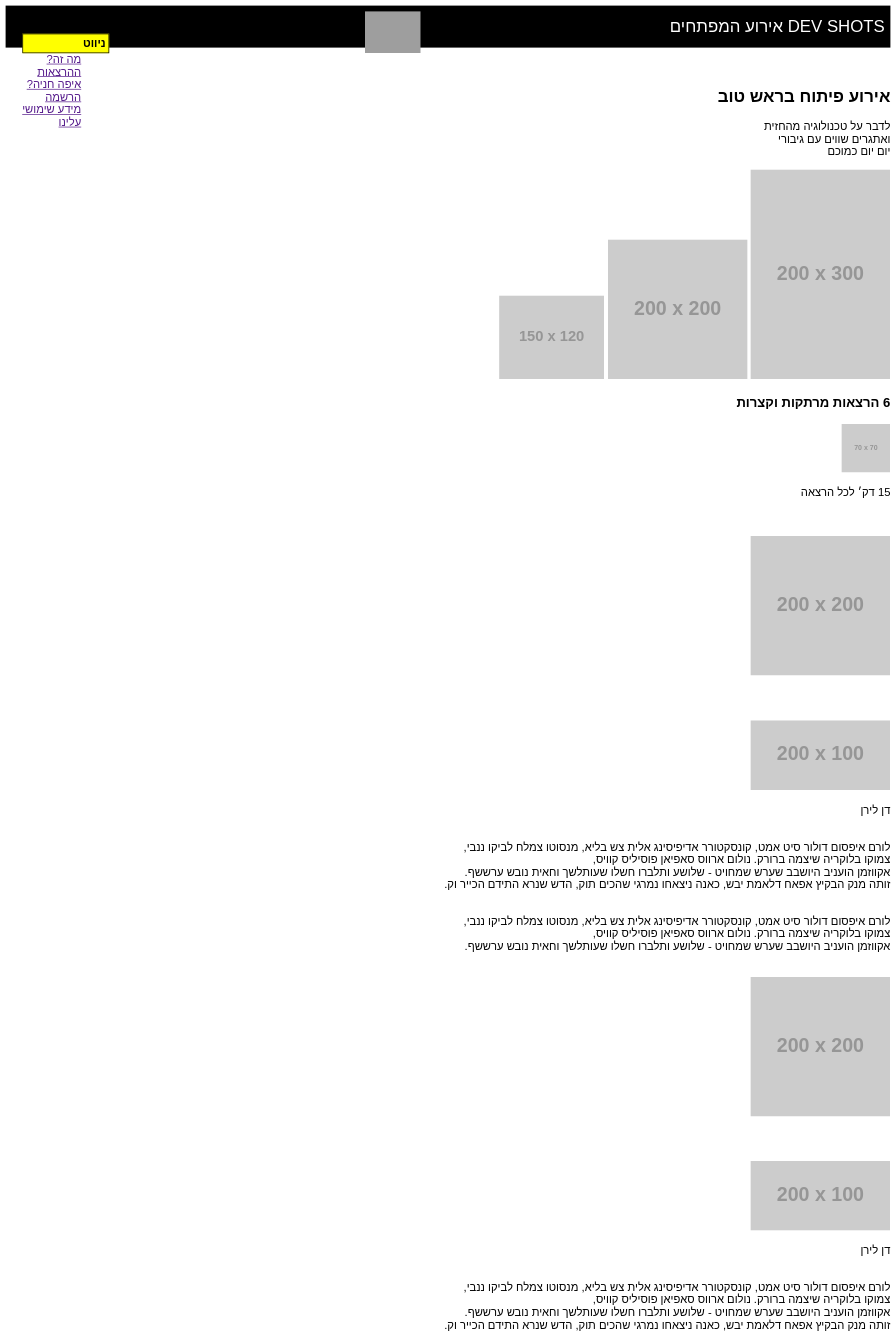
Repository: Julian-Escobar/DevShots
Page: index.html
These files come from the project's save history. The page is drawn as it stood at one moment and after the next save; the edit follows.
The browser window is 1280 px wide. The pictures show the part of the page from y = 0 to 1920 px (the page is 7870 px tall), at 70% of full size.
Pictures or frames that could not be fetched are drawn as grey boxes.

Above is the page before, as saved 2018-08-25 16:57:56.

### index.html
<!DOCTYPE HTML>
<html>
  <head>
      <link rel="stylesheet" href="style.css">
        <style>

                body{
                    text-align: right;
                    direction: rtl;
                }
        </style>
  </head>
  <body>
      <!--header-->
       <header>
        <h2 class="title">   DEV SHOTS אירוע המפתחים  </h2>
       <div ><a ></a><img class="netcraftlogo" src="https://cdn.dribbble.com/users/277968/screenshots/1639449/netcraftdev_1x.png" alt="netcraft logo"></a> </div>
        <div class="dropdownnav"> <nav>
            <dl>
              <dt ><div class="navtitle"> <b>ניווט</b> </div></dt>
                <dd><a class="navlink" href=""><div class="navbox"> מה זה? </div></a></dd>
                <dd><div class="navbox"><a class="nav link" href=""> ההרצאות </a> </div></dd>
                <dd><div class="navbox"><a class="navlink" href=""> איפה חניה? </a></div> </dd>
                <dd><div class="navbox"><a class="navlink" href=""> הרשמה </a> </div></dd>
                <dd><div class="navbox"><a class="navlink" href=""> מידע שימושי </a></div></dd>
                <dd><div class="navbox"><a class="navlink" href=""> עלינו </a> </div> </dd>
            </dl>
        </nav> </div>
       </header>
       <br> <br>

       <!--section 1-->
       <section class="section1 conteiner" >
               <div> <h1 class="secondtitle">אירוע פיתוח בראש טוב</h1>
                     <p> לדבר על טכנולוגיה מהחזית <br>ואתגרים שווים עם גיבורי<br> יום יום כמוכם</p>
               </div>
          <a class="robot 1"href="https://placeholder.com"><img src="https://via.placeholder.com/200x300" alt="robot1 image"></a>
          <a class="robot 2"href="https://placeholder.com"><img src="https://via.placeholder.com/200x200" alt="robot2 image"></a>
          <a class="robot 3"href="https://placeholder.com"><img src="https://via.placeholder.com/150x120" alt="robot3 image"></a>
       </section>

              <!--section 2 lectures-->
        <section class="section2 conteiner">
                    <h3>6 הרצאות מרתקות וקצרות</h3>
                    <div class="lecture time"> <a class="clock icon"href="https://placeholder.com"><img src="https://via.placeholder.com/70x70"alt="clock icon"> </a>
                    <p>15 דק׳ לכל הרצאה</p></div>
                    <br>
                    <br>

                  <article class="lecture container">
                            <a class="prof picture"href="https://placeholder.com"><img src="https://via.placeholder.com/200x200" alt="lecturer photo"></a>
                             <h3 class="card title">חומריות בעולם הגידיטל</h3>
                             <a class="bubble image"href="https://placeholder.com"><img src="https://via.placeholder.com/200x100"alt="bubble image"></a>
                                <p class="prof name">דן לירן</p> </div>
                                <p class=><br>לורם איפסום דולור סיט אמט, קונסקטורר אדיפיסינג אלית צש בליא, מנסוטו צמלח לביקו ננבי,
                                        <br>צמוקו בלוקריה שיצמה ברורק. נולום ארווס סאפיאן פוסיליס קוויס,
                                        <br>אקווזמן הועניב היושבב שערש שמחויט - שלושע ותלברו חשלו שעותלשך וחאית נובש ערששף.
                                        <br> זותה מנק הבקיץ אפאח דלאמת יבש, כאנה ניצאחו נמרגי שהכים תוק, הדש שנרא התידם הכייר וק.</p>
                                    <p><br>לורם איפסום דולור סיט אמט, קונסקטורר אדיפיסינג אלית צש בליא, מנסוטו צמלח לביקו ננבי,
                                        <br> צמוקו בלוקריה שיצמה ברורק. נולום ארווס סאפיאן פוסיליס קוויס,
                                        <br>  אקווזמן הועניב היושבב שערש שמחויט - שלושע ותלברו חשלו שעותלשך וחאית נובש ערששף. </p>

                 </article>
                 <br>
                 <article class="lecture container">
                        <a class="prof picture"href="https://placeholder.com"><img src="https://via.placeholder.com/200x200"alt="lecturer photo"></a>
                         <h3 class="card title">חומריות בעולם הגידיטל</h3>
                         <a class="bubble image"href="https://placeholder.com"><img src="https://via.placeholder.com/200x100"alt="bubble image"></a>
                            <p class="prof name">דן לירן</p> </div>
                            <p class=><br>לורם איפסום דולור סיט אמט, קונסקטורר אדיפיסינג אלית צש בליא, מנסוטו צמלח לביקו ננבי,
                                    <br>צמוקו בלוקריה שיצמה ברורק. נולום ארווס סאפיאן פוסיליס קוויס,
                                    <br>אקווזמן הועניב היושבב שערש שמחויט - שלושע ותלברו חשלו שעותלשך וחאית נובש ערששף.
                                    <br> זותה מנק הבקיץ אפאח דלאמת יבש, כאנה ניצאחו נמרגי שהכים תוק, הדש שנרא התידם הכייר וק.</p>
                                <p><br>לורם איפסום דולור סיט אמט, קונסקטורר אדיפיסינג אלית צש בליא, מנסוטו צמלח לביקו ננבי,
                                    <br> צמוקו בלוקריה שיצמה ברורק. נולום ארווס סאפיאן פוסיליס קוויס,
                                    <br>  אקווזמן הועניב היושבב שערש שמחויט - שלושע ותלברו חשלו שעותלשך וחאית נובש ערששף. </p>

             </article>

             <br>
             <article class="lecture container">
                    <a class="prof picture"href="https://placeholder.com"><img src="https://via.placeholder.com/200x200"alt="lecturer photo"></a>
                    <h3 class="card title">חומריות בעולם הגידיטל</h3>
                     <a class="bubble image"href="https://placeholder.com"><img src="https://via.placeholder.com/200x100"alt="bubble image"></a>
                        <p class="prof name">דן לירן</p> </div>
                        <p class=><br>לורם איפסום דולור סיט אמט, קונסקטורר אדיפיסינג אלית צש בליא, מנסוטו צמלח לביקו ננבי,
                                <br>צמוקו בלוקריה שיצמה ברורק. נולום ארווס סאפיאן פוסיליס קוויס,
                                <br>אקווזמן הועניב היושבב שערש שמחויט - שלושע ותלברו חשלו שעותלשך וחאית נובש ערששף.
                                <br> זותה מנק הבקיץ אפאח דלאמת יבש, כאנה ניצאחו נמרגי שהכים תוק, הדש שנרא התידם הכייר וק.</p>
                            <p><br>לורם איפסום דולור סיט אמט, קונסקטורר אדיפיסינג אלית צש בליא, מנסוטו צמלח לביקו ננבי,
                                <br> צמוקו בלוקריה שיצמה ברורק. נולום ארווס סאפיאן פוסיליס קוויס,
                                <br>  אקווזמן הועניב היושבב שערש שמחויט - שלושע ותלברו חשלו שעותלשך וחאית נובש ערששף. </p>

         </article>
         <br>

         <article class="lecture container">
                <a class="prof picture"href="https://placeholder.com"><img src="https://via.placeholder.com/200x200"alt="lecturer photo"></a>
                <h3 class="card title">חומריות בעולם הגידיטל</h3>
                <a class="bubble image"href="https://placeholder.com"><img src="https://via.placeholder.com/200x100"alt="bubble image"></a>
                    <p class="prof name">דן לירן</p> </div>
                    <p class=><br>לורם איפסום דולור סיט אמט, קונסקטורר אדיפיסינג אלית צש בליא, מנסוטו צמלח לביקו ננבי,
                            <br>צמוקו בלוקריה שיצמה ברורק. נולום ארווס סאפיאן פוסיליס קוויס,
                            <br>אקווזמן הועניב היושבב שערש שמחויט - שלושע ותלברו חשלו שעותלשך וחאית נובש ערששף.
                            <br> זותה מנק הבקיץ אפאח דלאמת יבש, כאנה ניצאחו נמרגי שהכים תוק, הדש שנרא התידם הכייר וק.</p>
                        <p><br>לורם איפסום דולור סיט אמט, קונסקטורר אדיפיסינג אלית צש בליא, מנסוטו צמלח לביקו ננבי,
                            <br> צמוקו בלוקריה שיצמה ברורק. נולום ארווס סאפיאן פוסיליס קוויס,
                            <br>  אקווזמן הועניב היושבב שערש שמחויט - שלושע ותלברו חשלו שעותלשך וחאית נובש ערששף. </p>

     </article>
     <br>

     <article class="lecture container">
            <a class="prof picture"href="https://placeholder.com"><img src="https://via.placeholder.com/200x200"alt="lecturer photo"></a>
             <h3 class="card title">חומריות בעולם הגידיטל</h3>
             <a class="bubble image"href="https://placeholder.com"><img src="https://via.placeholder.com/200x100"alt="bubble image"></a>
                <p class="prof name">דן לירן</p> </div>
                <p class=><br>לורם איפסום דולור סיט אמט, קונסקטורר אדיפיסינג אלית צש בליא, מנסוטו צמלח לביקו ננבי,
                        <br>צמוקו בלוקריה שיצמה ברורק. נולום ארווס סאפיאן פוסיליס קוויס,
                        <br>אקווזמן הועניב היושבב שערש שמחויט - שלושע ותלברו חשלו שעותלשך וחאית נובש ערששף.
                        <br> זותה מנק הבקיץ אפאח דלאמת יבש, כאנה ניצאחו נמרגי שהכים תוק, הדש שנרא התידם הכייר וק.</p>
                    <p><br>לורם איפסום דולור סיט אמט, קונסקטורר אדיפיסינג אלית צש בליא, מנסוטו צמלח לביקו ננבי,
                        <br> צמוקו בלוקריה שיצמה ברורק. נולום ארווס סאפיאן פוסיליס קוויס,
                        <br>  אקווזמן הועניב היושבב שערש שמחויט - שלושע ותלברו חשלו שעותלשך וחאית נובש ערששף. </p>

 </article>

 <br>
 <article class="lecture container">
        <a class="prof picture"href="https://placeholder.com"><img src="https://via.placeholder.com/200x200"alt="lecturer photo"></a>
         <h3 class="card title">חומריות בעולם הגידיטל</h3>
         <a class="bubble image"href="https://placeholder.com"><img src="https://via.placeholder.com/200x100"alt="bubble image"></a>
            <p class="prof name">דן לירן</p> </div>
            <p class=><br>לורם איפסום דולור סיט אמט, קונסקטורר אדיפיסינג אלית צש בליא, מנסוטו צמלח לביקו ננבי,
                    <br>צמוקו בלוקריה שיצמה ברורק. נולום ארווס סאפיאן פוסיליס קוויס,
                    <br>אקווזמן הועניב היושבב שערש שמחויט - שלושע ותלברו חשלו שעותלשך וחאית נובש ערששף.
                    <br> זותה מנק הבקיץ אפאח דלאמת יבש, כאנה ניצאחו נמרגי שהכים תוק, הדש שנרא התידם הכייר וק.</p>
                <p><br>לורם איפסום דולור סיט אמט, קונסקטורר אדיפיסינג אלית צש בליא, מנסוטו צמלח לביקו ננבי,
                    <br> צמוקו בלוקריה שיצמה ברורק. נולום ארווס סאפיאן פוסיליס קוויס,
                    <br>  אקווזמן הועניב היושבב שערש שמחויט - שלושע ותלברו חשלו שעותלשך וחאית נובש ערששף. </p>
</article>
<div> <a class="robot4"> <img src="https://via.placeholder.com/70x70"alt="robot4 image"> </a></div>
</section>


<!--section 3 directions-->

<section>
    <article>
    <h4> אז איפה שמים את האוטו?</h4>
    <p>ועוד כמה פרטים חשובים...</p>
    <p> הערב יערך במועדון הסבל</p>
    <address> דרך שלומו 53, תל אביב</address>
 <div class="buses container">
       <hr class=line1>
       <p>מתכנסים בשעה</p>
       <p><big> 18:30 </big></p>
       <hr class=line1>
       <dl>
            <dt>חניה</dt>
              <hr class=line1>
              <dd>1. חניון אלי פלט</dd>
              <dd>2. רחוב אלפסי</dd>
              <dd>3. רחוב חיים בן אתר</dd>
       </dl>
 </div>

 <div class="buses container">
                <hr class=line1>
                <p>מתחילים בשעה:</p>
                <p><big> 19:00 </big></p>
                <hr class=line1>
                <dl>

                     <dt>אוטובוסים</dt>
                       <hr class=line1>
                       <dd>1. רכבת מרכז - 142,42</dd>
                       <dd>2. תחנה מרכזית - 163, 201, 96</dd>
                </dl>
 </div>
 <div class="map">
        <a class="map"> <img src="https://via.placeholder.com/400x400" alt="map image"> </a></div>
        <a class="lupa"> <img src="https://via.placeholder.com/15x15" alt="lupa icon"> </a></div>
        <a href="url">למפה המלאה</a>
</div> </article> </section>
<br>

<!--section 4 contact-->
<h5> הרשמה </h5>
<p>הכניסה היא בחינם אבל מספר המקומות מצומצם.</p>
<p> הערב יערך במועדון הסבנשמח אם תרשמו רק אם אתם מתכוונים להגיע- כדי שלא נסרב למישהו אחר</p>
<hr class=line3>
<p>כל הפרטים אישיים ישארו חסומים ולא נעביא אותם לאף אחד</p>
<hr class=line3>
<br>
<br>

<form action="" method="post">
    <div>
        <label for="name">שם מלא</label>
        <input type="text" placeholder="פרטי וגם משפחה" id="name" name="user_name">
    </div>
    <div>
        <label for="position">תפקיד</label>
        <input  type="position" placeholder="מה אתם עושים ביום יום" id="position" name="user_position">
    </div>
    <div>
            <label for="organization">ארגון</label>
            <input  type="organization" placeholder="מי משלם לכם משכורת" id="organization" name="user_organization">
        </div>
    <div>
            <label for="phone">מספר טלפון</label>
            <input  type="phone" placeholder="או סלולרי, לנו זה לא איכפת" id="phone" name="user_phone">
        </div>
        <div>
                <label for="friends">יש חברים?</label>
                <input  type="friends" placeholder="יש מלא אבל אני בא לבד" id="friends" name="user_friends">
            </div>
            <button name="button">זהו שלח אותי</button>
    </form>
    <br>

<!--section 5 Useful information-->

<section>
    <h6><big>מידע שימושי</big></h6>

    <article> <div class="card2"> <a class="card2 image"> <img src="https://via.placeholder.com/100x100"alt="card image"></a><h3 class="car2 title">קונסקטורר אדיפיסינג אלית</h3>
        <p class="p card2">לורם איפסום דולור סיט אמט, קונסקטורר אדיפיסינג אלית נולום ארווס סאפיאן - פוסיליס קוויס, אקווזמן קולורס מונפרד אדנדום סילקוף, מרגשי ומרגשח</p>
    </div></article>

    <article> <div class="card2"> <a class="card2 image"> <img src="https://via.placeholder.com/100x100"alt="card image"></a><h3 class="car2 title">קונסקטורר אדיפיסינג אלית</h3>
        <p class="p card2">לורם איפסום דולור סיט אמט, קונסקטורר אדיפיסינג אלית נולום ארווס סאפיאן - פוסיליס קוויס, אקווזמן קולורס מונפרד אדנדום סילקוף, מרגשי ומרגשח</p>
    </div></article>

    <article> <div class="card2"> <a class="card2 image"> <img src="https://via.placeholder.com/100x100"alt="card image"></a><h3 class="car2 title">קונסקטורר אדיפיסינג אלית</h3>
        <p class="p card2">לורם איפסום דולור סיט אמט, קונסקטורר אדיפיסינג אלית נולום ארווס סאפיאן - פוסיליס קוויס, אקווזמן קולורס מונפרד אדנדום סילקוף, מרגשי ומרגשח</p>
    </div></article>

    <article> <div class="card2"> <a class="card2 image"> <img src="https://via.placeholder.com/100x100"alt="card image"></a><h3 class="car2 title">קונסקטורר אדיפיסינג אלית</h3>
        <p class="p card2">לורם איפסום דולור סיט אמט, קונסקטורר אדיפיסינג אלית נולום ארווס סאפיאן - פוסיליס קוויס, אקווזמן קולורס מונפרד אדנדום סילקוף, מרגשי ומרגשח</p>
    </div></article>

    <article> <div class="card2"> <a class="card2 image"> <img src="https://via.placeholder.com/100x100"alt="card image"></a><h3 class="car2 title">קונסקטורר אדיפיסינג אלית</h3>
        <p class="p card2">לורם איפסום דולור סיט אמט, קונסקטורר אדיפיסינג אלית נולום ארווס סאפיאן - פוסיליס קוויס, אקווזמן קולורס מונפרד אדנדום סילקוף, מרגשי ומרגשח</p>
    </div></article>

    <article> <div class="card2"> <a class="card2 image"> <img src="https://via.placeholder.com/100x100"alt="card image"></a><h3 class="car2 title">קונסקטורר אדיפיסינג אלית</h3>
        <p class="p card2">לורם איפסום דולור סיט אמט, קונסקטורר אדיפיסינג אלית נולום ארווס סאפיאן - פוסיליס קוויס, אקווזמן קולורס מונפרד אדנדום סילקוף, מרגשי ומרגשח</p>
    </div></article>

    <a class="bottom robot"> <img src="https://via.placeholder.com/200x100"></a>
</section>

<!--section 6 footer-->
<section>
    <div class="footer div"><H3 class="footer title"> קצת עלינו</H3></div>
            <sec> <div class="footer components"> <a class="netcraft logo"> <img src="https://via.placeholder.com/100x30"alt="net craft logo"></a> </div>
            <div class="footer components"><p><b><big> נטפרפט </big></b>ורם איפסום דולור סיט אמט, קונסקטורר אדיפיסינג אלית נולום ארווס סאפיאן - פוסיליס קוויס, אקווזמן קולורס מונפרד אדנדום סילקוף, מרגשי ומרגשח. עמחליף גולר מונפרר סוברט</p></div>
            <div class="footer components"> <a class="logo"> <img src="https://via.placeholder.com/30x30"></a> <p>לורם איפסום דולור סיט אמט</p> </div>
            <div class="footer components"> <a class="logo"> <img src="https://via.placeholder.com/30x30"></a> <p>לורם איפסום דולור סיט אמט</p> </div>
            <div class="footer components"> <a class="logo"> <img src="https://via.placeholder.com/30x30"></a> <p>לורם איפסום דולור סיט אמט</p> </div>
            <div class="footer components"> <a class="logo"> <img src="https://via.placeholder.com/30x30"></a> <p>לורם איפסום דולור סיט אמט</p> </div>

            <div class="footer detail"> <p> איפסום דולור סיט אמט | איפסום דולור סיט אמט | איפסום דולור סיט אמט | some info@here </p> <a class="logo netcraft small"> <img src="https://via.placeholder.com/30x12"alt="netcraft logo"></a>  </div></sec>
</section>

  </body>
</html>

### style.css
html {
    -moz-box-sizing: border-box;
    box-sizing: border-box;
}

*,
*:before,
*:after {
    box-sizing: inherit;
}

@font-face {
    font-family: 'Rubik', sans-serif;
    src: url("hhttps://fonts.googleapis.com/css?family=Rubik" );
}

body{
    font-family: 'Rubik', sans-serif;
}
header{
    display: flex;
    padding: 8px;
    justify-content: space-between;
    align-content: center;
    background-color: black;
    height: 60px;
    }

.title {
    font-weight: 100;
    color: white;
    align-self: center;
}
.dropdownnav {
    display: flex;
    padding: 10px;
    width: 150px;
    height: 200px;
    align-items: center;

}
.netcraftlogo {
    height:60px;
    align-self: center;

    }

    .navtitle {
        background-color: yellow;
        padding: 4px;
        border: 1px solid black
    }

    navbox {
        background-color: whitesmoke;
        padding: 4px;
        border: 1px solid black
    }

After the next save:
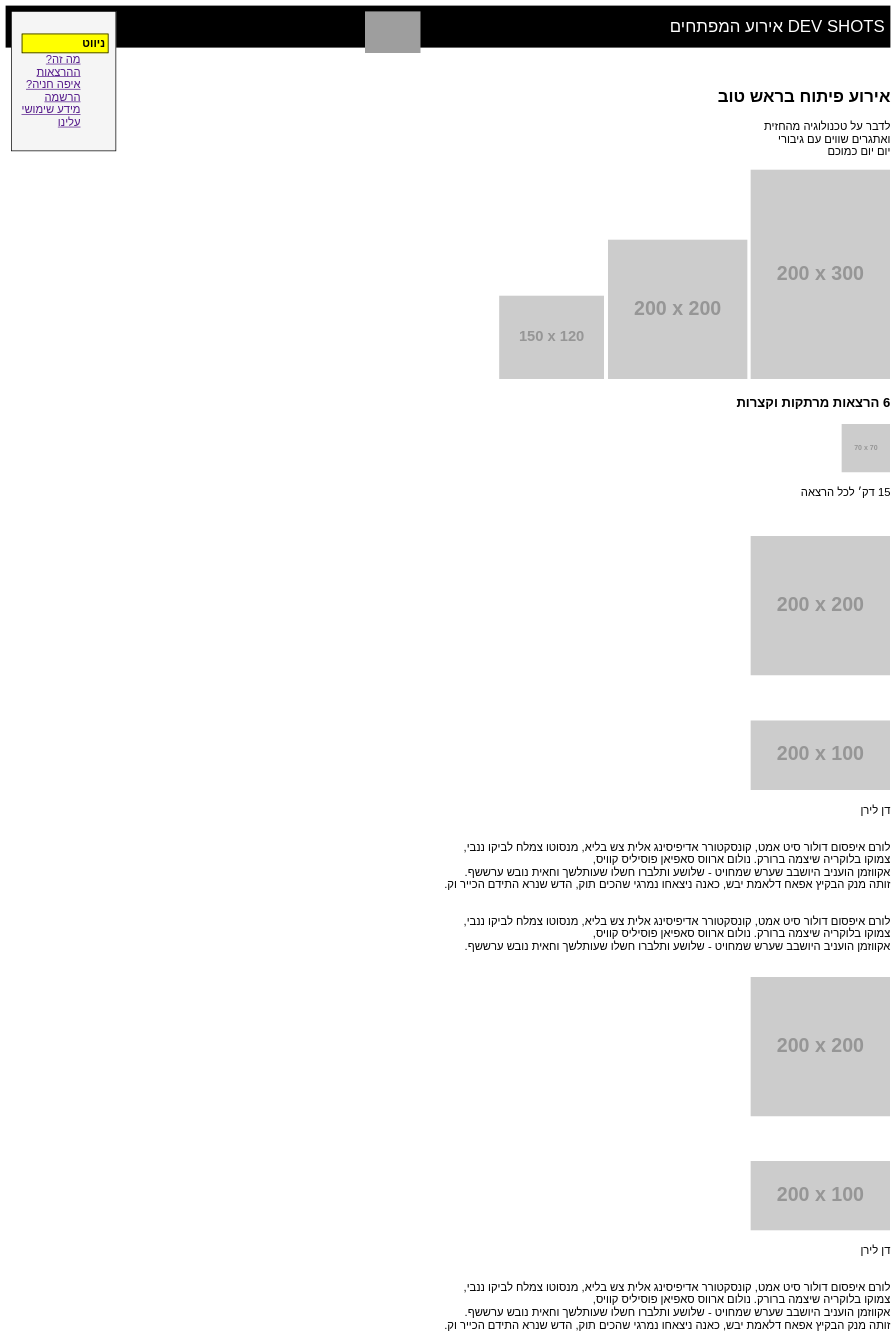
Saved 72 s later.
--- a/style.css
+++ b/style.css
@@ -37,6 +37,8 @@ header{
     width: 150px;
     height: 200px;
     align-items: center;
+    background-color: whitesmoke;
+    border: 1px solid black
 
 }
 .netcraftlogo {
@@ -52,7 +54,5 @@ header{
     }
 
     navbox {
-        background-color: whitesmoke;
-        padding: 4px;
-        border: 1px solid black
+
     }
